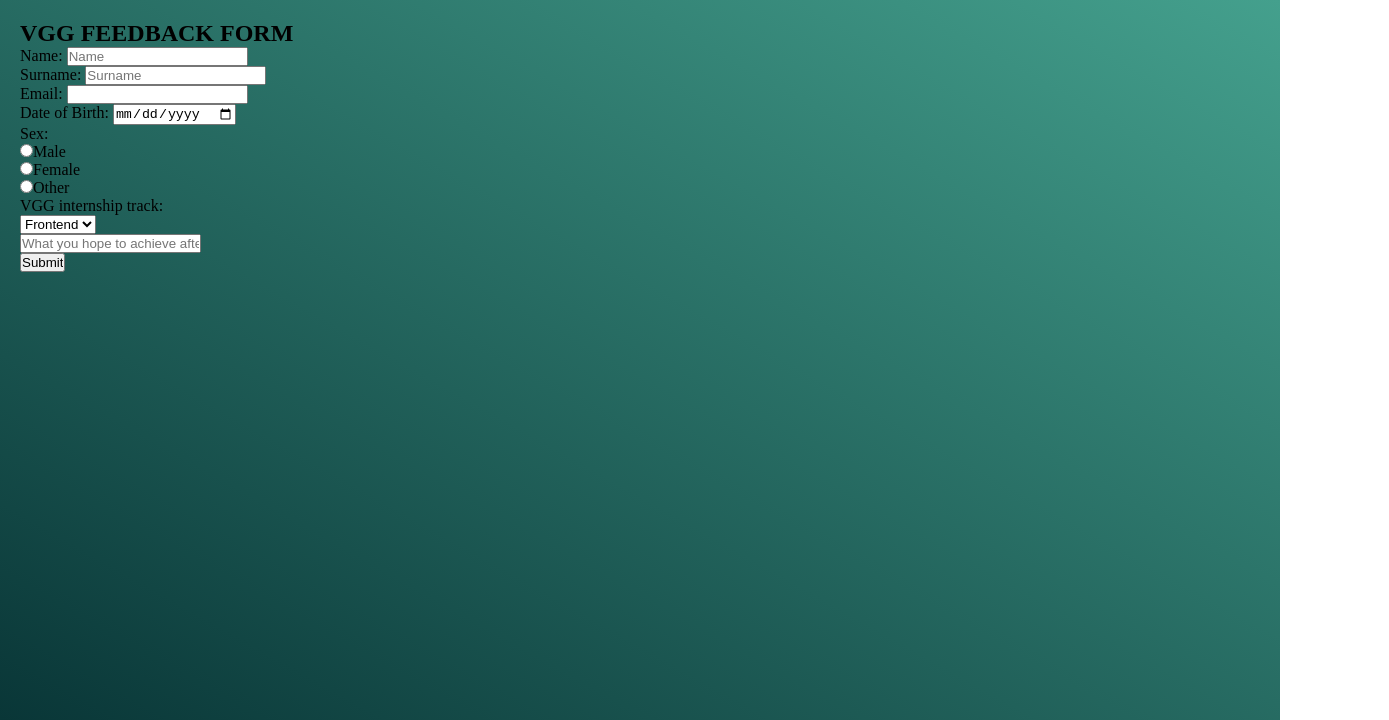
Repository: iphyokafor/VGG-Feedback-form
Page: index.html
The author's editor kept a copy of each file at every save. The page is drawn from the files as they stood at one save, then again after the next save.
The browser window is 1280 px wide. The page is 1280 px wide, then 1389 px, so the pictures cover 1389 px, including what lies to the right of the window. The pictures show the whole page.

Above is the page before, as saved 2020-01-12 20:39:27.

### index.html
<!DOCTYPE html>
<html lang="en">

<head>
    <meta charset="UTF-8">
    <meta name="viewport" content="width=device-width, initial-scale=1.0">
    <meta http-equiv="X-UA-Compatible" content="ie=edge">
    <title>VGG Feedback Form</title>
    <link rel="stylesheet" href="./style.css">
</head>

<body>
    <div>
        <form class="container">
            <h2>VGG FEEDBACK FORM</h2>
            Name: <input type="text" placeholder="Name"><br> Surname: <input type="text" placeholder="Surname"><br> Email: <input type="email" required><br> Date of Birth: <input type="date" name="Date of Birth"><br> Sex:
            <br>
            <input type="radio" name="gender">Male<br>
            <input type="radio" name="gender">Female<br>
            <input type="radio" name="gender">Other<br> VGG internship track: <br>
            <select>
              <option value="Frontend">Frontend</option>
              <option value="Backend">Backend</option>
              <option value="UI/UX">UI/UX</option>
              <option value="DevOps">DevOps</option>
            </select><br>
            <input type="message" name="message" placeholder="What you hope to achieve after the internship"><br>
            <input type="submit" value="Submit">
        </form>
    </div>
</body>

</html>

### style.css
* {
    margin: 0;
    padding: 0;
    box-sizing: border-box;
}

body {
    background: linear-gradient(to right top, #093637, #44A08D);
    background-repeat: no-repeat;
    height: 100vh;
}


/* .container {
    box-sizing: border-box;
    box-shadow: 4px 5px 5px solid black;
} */

form {
    margin: auto;
    padding: 20px;
}

After the next save:
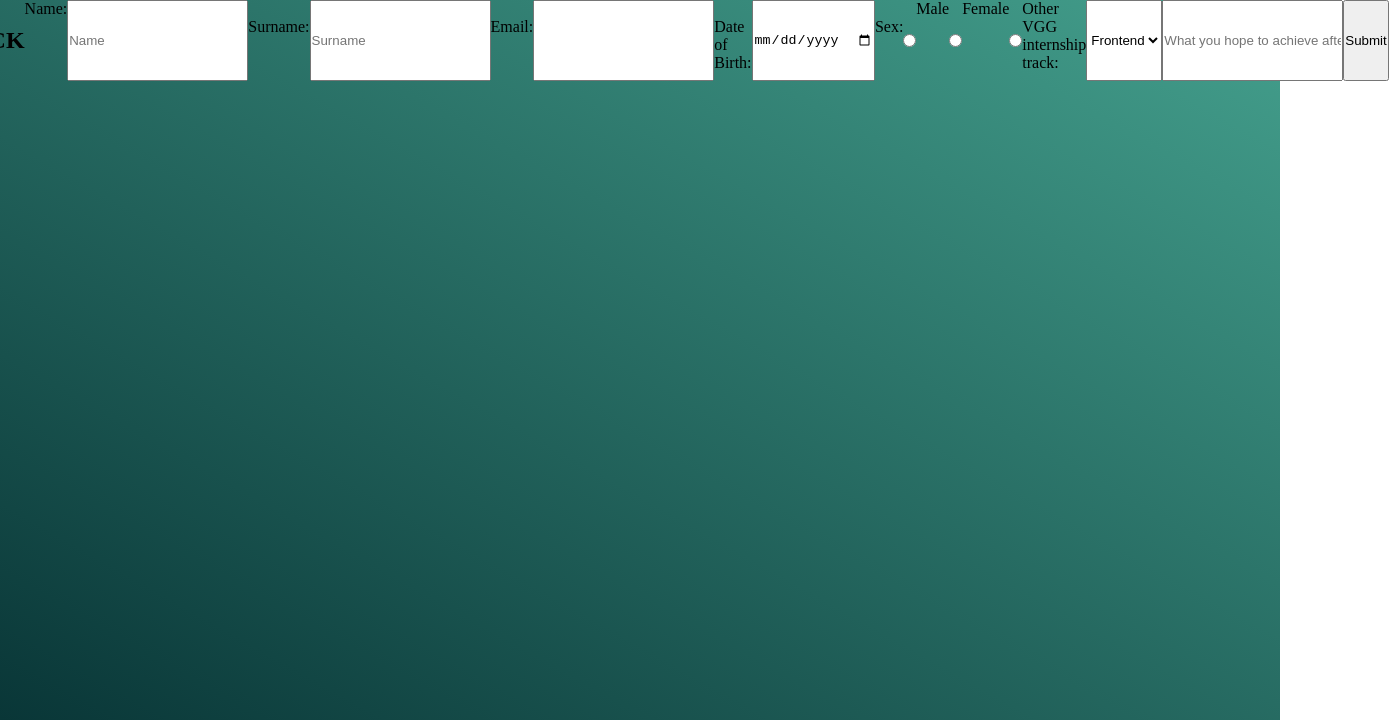
Saved 41 s later.
--- a/style.css
+++ b/style.css
@@ -17,6 +17,8 @@ body {
 } */
 
 form {
-    margin: auto;
-    padding: 20px;
+    /* margin: auto;
+    padding: 20px; */
+    display: flex;
+    justify-content: center;
 }
